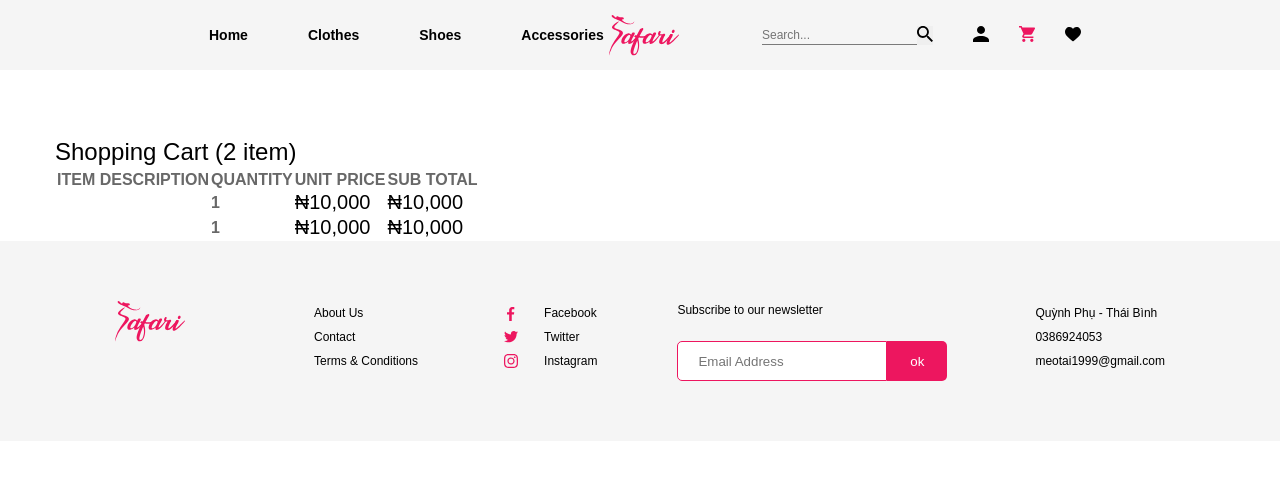
Repository: tboy1999/safari
Page: views/cart.html
These files come from the project's save history. The page is drawn as it stood at one moment and after the next save; the edit follows.
The browser window is 1280 px wide. The pictures show the whole page.
Some web libraries are served in a nearby version. The style sheet was rebuilt from its Sass, Less or Tailwind sources for each picture, by a compiler version that may differ from the author's.

Above is the page before, as saved 2022-04-28 13:21:51.

### views/cart.html
<!DOCTYPE html>
<html lang="en">
<head>
  <meta charset="UTF-8">
  <meta http-equiv="X-UA-Compatible" content="IE=edge">
  <meta name="viewport" content="width=device-width, initial-scale=1.0">
  <title>cart safari</title>
  <link rel="shortcut icon" href="./image/logo/Logo.svg" type="image/x-icon">
  <link rel="preconnect" href="https://fonts.googleapis.com">
  <link rel="preconnect" href="https://fonts.gstatic.com" crossorigin>
  <link rel="stylesheet" href="https://cdnjs.cloudflare.com/ajax/libs/font-awesome/6.1.1/css/all.min.css" integrity="sha512-KfkfwYDsLkIlwQp6LFnl8zNdLGxu9YAA1QvwINks4PhcElQSvqcyVLLD9aMhXd13uQjoXtEKNosOWaZqXgel0g==" crossorigin="anonymous" referrerpolicy="no-referrer" />
  <link rel="stylesheet" href="../css/grid.css">
  <link rel="stylesheet" href="../css/cart.css">
</head>
<body>
  <header id="header" class="header">
    <div class="container">
      <div class="header__container facenter">
        <ul class="header__list facenter fz14-fw600">
          <li class="header__item"><a href="../index.html" class="header__link">Home</a></li>
          <li class="header__item"><a href="./clothes.html" class="header__link">Clothes</a></li>
          <li class="header__item"><a href="./shoes.html" class="header__link">Shoes</a></li>
          <li class="header__item"><a href="./accessories.html" class="header__link">Accessories</a></li>
        </ul>
        <form class="header__search facenter">
          <input type="text" placeholder="Search..." class="fz12">
          <button type="submit"><img src="../image/header/search.svg" alt=""></button>
        </form>
        <div class="header__feature facenter">
          <a href="./user.html">
            <svg width="16" height="16" viewBox="0 0 16 16" fill="inherit" xmlns="http://www.w3.org/2000/svg">
            <path d="M8 0C9.06087 0 10.0783 0.421427 10.8284 1.17157C11.5786 1.92172 12 2.93913 12 4C12 5.06087 11.5786 6.07828 10.8284 6.82843C10.0783 7.57857 9.06087 8 8 8C6.93913 8 5.92172 7.57857 5.17157 6.82843C4.42143 6.07828 4 5.06087 4 4C4 2.93913 4.42143 1.92172 5.17157 1.17157C5.92172 0.421427 6.93913 0 8 0ZM8 10C12.42 10 16 11.79 16 14V16H0V14C0 11.79 3.58 10 8 10Z"/>
            </svg>
          </a>
          <a href="#" class="header__feature--active">
            <svg width="16" height="16" viewBox="0 0 16 16" fill="inherit" xmlns="http://www.w3.org/2000/svg">
              <path d="M12.8 12.8C11.912 12.8 11.2 13.512 11.2 14.4C11.2 14.8243 11.3686 15.2313 11.6686 15.5314C11.9687 15.8314 12.3757 16 12.8 16C13.2243 16 13.6313 15.8314 13.9314 15.5314C14.2314 15.2313 14.4 14.8243 14.4 14.4C14.4 13.9757 14.2314 13.5687 13.9314 13.2686C13.6313 12.9686 13.2243 12.8 12.8 12.8ZM0 0V1.6H1.6L4.48 7.672L3.392 9.632C3.272 9.856 3.2 10.12 3.2 10.4C3.2 10.8243 3.36857 11.2313 3.66863 11.5314C3.96869 11.8314 4.37565 12 4.8 12H14.4V10.4H5.136C5.08296 10.4 5.03209 10.3789 4.99458 10.3414C4.95707 10.3039 4.936 10.253 4.936 10.2C4.936 10.16 4.944 10.128 4.96 10.104L5.68 8.8H11.64C12.24 8.8 12.768 8.464 13.04 7.976L15.904 2.8C15.96 2.672 16 2.536 16 2.4C16 2.18783 15.9157 1.98434 15.7657 1.83431C15.6157 1.68429 15.4122 1.6 15.2 1.6H3.368L2.616 0H0ZM4.8 12.8C3.912 12.8 3.2 13.512 3.2 14.4C3.2 14.8243 3.36857 15.2313 3.66863 15.5314C3.96869 15.8314 4.37565 16 4.8 16C5.22435 16 5.63131 15.8314 5.93137 15.5314C6.23143 15.2313 6.4 14.8243 6.4 14.4C6.4 13.9757 6.23143 13.5687 5.93137 13.2686C5.63131 12.9686 5.22435 12.8 4.8 12.8Z"/>
            </svg>
          </a>
          <a href="#">
            <svg width="16" height="15" viewBox="0 0 16 15" fill="inherit"
            xmlns="http://www.w3.org/2000/svg">
              <path d="M14.7307 1.39307C13.9025 0.494751 12.766 0 11.5304 0C10.6068 0 9.76099 0.291992 9.01636 0.867798C8.64062 1.15845 8.30017 1.51404 8 1.92908C7.69995 1.51416 7.35938 1.15845 6.98352 0.867798C6.23901 0.291992 5.39319 0 4.4696 0C3.23401 0 2.09741 0.494751 1.26917 1.39307C0.450806 2.28088 0 3.49377 0 4.80847C0 6.16162 0.504272 7.40027 1.58691 8.70667C2.55542 9.87524 3.94739 11.0615 5.55933 12.4352C6.10974 12.9043 6.73364 13.436 7.38147 14.0024C7.55261 14.1523 7.77222 14.2349 8 14.2349C8.22766 14.2349 8.44739 14.1523 8.61829 14.0027C9.26611 13.4362 9.89038 12.9042 10.441 12.4348C12.0527 11.0614 13.4447 9.87524 14.4132 8.70654C15.4958 7.40027 16 6.16162 16 4.80835C16 3.49377 15.5492 2.28088 14.7307 1.39307Z"/>
            </svg>
          </a>
        </div>
        <div class="header__logo">
          <a href="../index.html"><img src="../image/logo/Logo.svg" alt=""></a>
        </div>
      </div>
    </div>
  </header>

  <main id="cart" class="cart">
    <div class="container">
      <h1 class="cart__heading fz24">Shopping Cart (2 item)</h1>
      <table>
        <thead class="fz16">
          <tr>
            <th>ITEM DESCRIPTION</th>
            <th>QUANTITY</th>
            <th>UNIT PRICE</th>
            <th>SUB TOTAL</th>
          </tr>
        </thead>
        <tbody>
          <tr>
            <td></td>
            <td class="fz16">1</td>
            <td class="fz20">₦10,000</td>
            <td class="fz20">₦10,000</td>
          </tr>
          <tr>
            <td></td>
            <td class="fz16">1</td>
            <td class="fz20">₦10,000</td>
            <td class="fz20">₦10,000</td>
          </tr>
        </tbody>
      </table>
    </div>
  </main>
  <footer class="footer">
    <div class="container">
      <div class="footer__container d-flex fz12">
        <div class="footer__logo">
          <a href="../index.html"><img src="../image/logo/Logo.svg" alt=""></a>
        </div>
        <div class="footer__body d-flex gap80">
          <ul class="footer__pages">
            <li class="footer__item fz12"><a href="#">About Us</a></li>
            <li class="footer__item fz12"><a href="#">Contact</a></li>
            <li class="footer__item fz12"><a href="#">Terms & Conditions</a></li>
          </ul>
          <ul class="footer__networks">
            <li class="footer__item facenter gap20">
              <div class="footer__icon flex-center">
                <a href="#" class="facenter"><img src="../image/footer/fb.svg" alt=""></a>
              </div>
              <p><a href="#">Facebook</a></p>
            </li>
            <li class="footer__item facenter gap20">
              <div class="footer__icon flex-center">
                <a href="#" class="facenter"><img src="../image/footer/twitter.svg" alt=""></a>
              </div>
              <p><a href="#">Twitter</a></p>
            </li>
            <li class="footer__item facenter gap20">
              <div class="footer__icon flex-center">
                <a href="#" class="facenter"><img src="../image/footer/instagram.svg" alt=""></a>
              </div>
              <p><a href="#">Instagram</a></p>
            </li>
          </ul>
          <div class="footer__input">
            <p>Subscribe to our newsletter</p>
            <form action="" class="facenter footer__form">
              <input type="text" placeholder="Email Address">
              <button type="submit">ok</button>
            </form>
          </div>
        </div>
        <div class="footer__info">
          <p>Quỳnh Phụ - Thái Bình</p>
          <p>0386924053</p>
          <p>meotai1999@gmail.com</p>
        </div>
      </div>
    </div>
  </footer>
</body>
</html>

### css/grid.css
.container {
    width: 100%;
    display: block;
    padding: 0 15px;
    max-width: 1470px;
    margin: 0 auto;
}
.row {
    display: flex;
    flex-wrap: wrap;
}

.row.no-gutters {
    margin-left: 0;
    margin-right: 0;
}
.row.no-gutters .col {
    padding-left: 0;
    padding-right: 0;
}
@media screen and (max-width: 575.98px) {

    .row {
        margin-left: -4px;
        margin-right: -4px;
    }


    .col {
        padding-left: 4px;
        padding-right: 4px;
    }


    .xs-0 {
        display: none;
    }

    .xs-1 {
        flex: 0 0 8.33333%;
        max-width: 8.33333%;
    }

    .xs-2 {
        flex: 0 0 16.66667%;
        max-width: 16.66667%;
    }

    .xs-3 {
        flex: 0 0 25%;
        max-width: 25%;
    }

    .xs-4 {
        flex: 0 0 33.33333%;
        max-width: 33.33333%;
    }

    .xs-5 {
        flex: 0 0 41.66667%;
        max-width: 41.66667%;
    }

    .xs-6 {
        flex: 0 0 50%;
        max-width: 50%;
    }

    .xs-7 {
        flex: 0 0 58.33333%;
        max-width: 58.33333%;
    }

    .xs-8 {
        flex: 0 0 66.66667%;
        max-width: 66.66667%;
    }

    .xs-9 {
        flex: 0 0 75%;
        max-width: 75%;
    }

    .xs-10 {
        flex: 0 0 83.33333%;
        max-width: 83.33333%;
    }

    .xs-11 {
        flex: 0 0 91.66667%;
        max-width: 91.66667%;
    }

    .xs-12 {
        flex: 0 0 100%;
        max-width: 100%;
    }

    .xs-o-1 {
        margin-left: 8.33333%;
    }

    .xs-o-2 {
        margin-left: 16.66667%;
    }

    .xs-o-3 {
        margin-left: 25%;
    }

    .xs-o-4 {
        margin-left: 33.33333%;
    }

    .xs-o-5 {
        margin-left: 41.66667%;
    }

    .xs-o-6 {
        margin-left: 50%;
    }

    .xs-o-7 {
        margin-left: 58.33333%;
    }

    .xs-o-8 {
        margin-left: 66.66667%;
    }

    .xs-o-9 {
        margin-left: 75%;
    }

    .xs-o-10 {
        margin-left: 83.33333%;
    }

    .xs-o-11 {
        margin-left: 91.66667%;
    }
}



@media (min-width: 576px) and (max-width: 767.98px) {
    .row {
        margin-left: -6px;
        margin-right: -6px;
    }
    .col {
        padding-left: 6px;
        padding-right: 6px;
    }
    .sm-0 {
        display: none;
    }
    .sm-1,
    .sm-2,
    .sm-3,
    .sm-4,
    .sm-5,
    .sm-6,
    .sm-7,
    .sm-8,
    .sm-9,
    .sm-10,
    .sm-11,
    .sm-12 {
        display: block;
    }
    .sm-1 {
        flex: 0 0 8.33333%;
        max-width: 8.33333%;
    }
    .sm-2 {
        flex: 0 0 16.66667%;
        max-width: 16.66667%;
    }
    .sm-3 {
        flex: 0 0 25%;
        max-width: 25%;
    }
    .sm-4 {
        flex: 0 0 33.33333%;
        max-width: 33.33333%;
    }
    .sm-5 {
        flex: 0 0 41.66667%;
        max-width: 41.66667%;
    }
    .sm-6 {
        flex: 0 0 50%;
        max-width: 50%;
    }
    .sm-7 {
        flex: 0 0 58.33333%;
        max-width: 58.33333%;
    }
    .sm-8 {
        flex: 0 0 66.66667%;
        max-width: 66.66667%;
    }
    .sm-9 {
        flex: 0 0 75%;
        max-width: 75%;
    }
    .sm-10 {
        flex: 0 0 83.33333%;
        max-width: 83.33333%;
    }
    .sm-11 {
        flex: 0 0 91.66667%;
        max-width: 91.66667%;
    }
    .sm-12 {
        flex: 0 0 100%;
        max-width: 100%;
    }
    .sm-o-1 {
        margin-left: 8.33333%;
    }
    .sm-o-2 {
        margin-left: 16.66667%;
    }
    .sm-o-3 {
        margin-left: 25%;
    }
    .sm-o-4 {
        margin-left: 33.33333%;
    }
    .sm-o-5 {
        margin-left: 41.66667%;
    }
    .sm-o-6 {
        margin-left: 50%;
    }
    .sm-o-7 {
        margin-left: 58.33333%;
    }
    .sm-o-8 {
        margin-left: 66.66667%;
    }
    .sm-o-9 {
        margin-left: 75%;
    }
    .sm-o-10 {
        margin-left: 83.33333%;
    }
    .sm-o-11 {
        margin-left: 91.66667%;
    }
}

/* >= Tablet */

@media (min-width: 768px) and (max-width: 1023.98px) {
    .container {
        width: 644px;
    }
    .row {
        margin-left: -8px;
        margin-right: -8px;
    }
    .col {
        padding-left: 8px;
        padding-right: 8px;
    }
    .md-0 {
        display: none;
    }
    .md-1,
    .md-2,
    .md-3,
    .md-4,
    .md-5,
    .md-6,
    .md-7,
    .md-8,
    .md-9,
    .md-10,
    .md-11,
    .md-12 {
        display: block;
    }
    .md-1 {
        flex: 0 0 8.33333%;
        max-width: 8.33333%;
    }
    .md-2 {
        flex: 0 0 16.66667%;
        max-width: 16.66667%;
    }
    .md-3 {
        flex: 0 0 25%;
        max-width: 25%;
    }
    .md-4 {
        flex: 0 0 33.33333%;
        max-width: 33.33333%;
    }
    .md-5 {
        flex: 0 0 41.66667%;
        max-width: 41.66667%;
    }
    .md-6 {
        flex: 0 0 50%;
        max-width: 50%;
    }
    .md-7 {
        flex: 0 0 58.33333%;
        max-width: 58.33333%;
    }
    .md-8 {
        flex: 0 0 66.66667%;
        max-width: 66.66667%;
    }
    .md-9 {
        flex: 0 0 75%;
        max-width: 75%;
    }
    .md-10 {
        flex: 0 0 83.33333%;
        max-width: 83.33333%;
    }
    .md-11 {
        flex: 0 0 91.66667%;
        max-width: 91.66667%;
    }
    .md-12 {
        flex: 0 0 100%;
        max-width: 100%;
    }
    .md-o-1 {
        margin-left: 8.33333%;
    }
    .md-o-2 {
        margin-left: 16.66667%;
    }
    .md-o-3 {
        margin-left: 25%;
    }
    .md-o-4 {
        margin-left: 33.33333%;
    }
    .md-o-5 {
        margin-left: 41.66667%;
    }
    .md-o-6 {
        margin-left: 50%;
    }
    .md-o-7 {
        margin-left: 58.33333%;
    }
    .md-o-8 {
        margin-left: 66.66667%;
    }
    .md-o-9 {
        margin-left: 75%;
    }
    .md-o-10 {
        margin-left: 83.33333%;
    }
    .md-o-11 {
        margin-left: 91.66667%;
    }
}

/* > PC low resolution */

@media (min-width: 1024px) and (max-width: 1279.98px) {
    .container {
        width: 984px;
    }
    .row {
        margin-left: -12px;
        margin-right: -12px;
    }
    .col {
        padding-left: 12px;
        padding-right: 12px;
    }
    .lg-0 {
        display: none;
    }
    .lg-1,
    .lg-2,
    .lg-2-4,
    .lg-3,
    .lg-4,
    .lg-5,
    .lg-6,
    .lg-7,
    .lg-8,
    .lg-9,
    .lg-10,
    .lg-11,
    .lg-12 {
        display: block;
    }
    .lg-1 {
        flex: 0 0 8.33333%;
        max-width: 8.33333%;
    }
    .lg-2 {
        flex: 0 0 16.66667%;
        max-width: 16.66667%;
    }
    .lg-2-4 {
        flex: 0 0 20%;
        max-width: 20%;
    }
    .lg-3 {
        flex: 0 0 25%;
        max-width: 25%;
    }
    .lg-4 {
        flex: 0 0 33.33333%;
        max-width: 33.33333%;
    }
    .lg-5 {
        flex: 0 0 41.66667%;
        max-width: 41.66667%;
    }
    .lg-6 {
        flex: 0 0 50%;
        max-width: 50%;
    }
    .lg-7 {
        flex: 0 0 58.33333%;
        max-width: 58.33333%;
    }
    .lg-8 {
        flex: 0 0 66.66667%;
        max-width: 66.66667%;
    }
    .lg-9 {
        flex: 0 0 75%;
        max-width: 75%;
    }
    .lg-10 {
        flex: 0 0 83.33333%;
        max-width: 83.33333%;
    }
    .lg-11 {
        flex: 0 0 91.66667%;
        max-width: 91.66667%;
    }
    .lg-12 {
        flex: 0 0 100%;
        max-width: 100%;
    }
    .lg-o-1 {
        margin-left: 8.33333%;
    }
    .lg-o-2 {
        margin-left: 16.66667%;
    }
    .lg-o-3 {
        margin-left: 25%;
    }
    .lg-o-4 {
        margin-left: 33.33333%;
    }
    .lg-o-5 {
        margin-left: 41.66667%;
    }
    .lg-o-6 {
        margin-left: 50%;
    }
    .lg-o-7 {
        margin-left: 58.33333%;
    }
    .lg-o-8 {
        margin-left: 66.66667%;
    }
    .lg-o-9 {
        margin-left: 75%;
    }
    .lg-o-10 {
        margin-left: 83.33333%;
    }
    .lg-o-11 {
        margin-left: 91.66667%;
    }
}


@media (min-width: 1280px) and (max-width: 1535.98px) {
    .container {
        width: 1200px;
    }
    .row {
        margin-left: -12px;
        margin-right: -12px;
    }
    .col {
        padding-left: 12px;
        padding-right: 12px;
    }
    .xl-0 {
        display: none;
    }
    .xl-1,
    .xl-2,
    .xl-2-4,
    .xl-3,
    .xl-4,
    .xl-5,
    .xl-6,
    .xl-7,
    .xl-8,
    .xl-9,
    .xl-10,
    .xl-11,
    .xl-12 {
        display: block;
    }
    .xl-1 {
        flex: 0 0 8.33333%;
        max-width: 8.33333%;
    }
    .xl-2 {
        flex: 0 0 16.66667%;
        max-width: 16.66667%;
    }
    .xl-2-4 {
        flex: 0 0 20%;
        max-width: 20%;
    }
    .xl-3 {
        flex: 0 0 25%;
        max-width: 25%;
    }
    .xl-4 {
        flex: 0 0 33.33333%;
        max-width: 33.33333%;
    }
    .xl-5 {
        flex: 0 0 41.66667%;
        max-width: 41.66667%;
    }
    .xl-6 {
        flex: 0 0 50%;
        max-width: 50%;
    }
    .xl-7 {
        flex: 0 0 58.33333%;
        max-width: 58.33333%;
    }
    .xl-8 {
        flex: 0 0 66.66667%;
        max-width: 66.66667%;
    }
    .xl-9 {
        flex: 0 0 75%;
        max-width: 75%;
    }
    .xl-10 {
        flex: 0 0 83.33333%;
        max-width: 83.33333%;
    }
    .xl-11 {
        flex: 0 0 91.66667%;
        max-width: 91.66667%;
    }
    .xl-12 {
        flex: 0 0 100%;
        max-width: 100%;
    }
    .xl-o-1 {
        margin-left: 8.33333%;
    }
    .xl-o-2 {
        margin-left: 16.66667%;
    }
    .xl-o-3 {
        margin-left: 25%;
    }
    .xl-o-4 {
        margin-left: 33.33333%;
    }
    .xl-o-5 {
        margin-left: 41.66667%;
    }
    .xl-o-6 {
        margin-left: 50%;
    }
    .xl-o-7 {
        margin-left: 58.33333%;
    }
    .xl-o-8 {
        margin-left: 66.66667%;
    }
    .xl-o-9 {
        margin-left: 75%;
    }
    .xl-o-10 {
        margin-left: 83.33333%;
    }
    .xl-o-11 {
        margin-left: 91.66667%;
    }
}

@media (min-width: 1536px) {
    .container {
        width: 1440px;
    }
    .row {
        margin-left: -25px;
        margin-right: -25px;
    }
    .col {
        padding-left: 25px;
        padding-right: 25px;
    }
    .xxl-0 {
        display: none;
    }
    .xxl-1,
    .xxl-2,
    .xxl-2-4,
    .xxl-3,
    .xxl-4,
    .xxl-5,
    .xxl-6,
    .xxl-7,
    .xxl-8,
    .xxl-9,
    .xxl-10,
    .xxl-11,
    .xxl-12 {
        display: block;
    }
    .xxl-1 {
        flex: 0 0 8.33333%;
        max-width: 8.33333%;
    }
    .xxl-2 {
        flex: 0 0 16.66667%;
        max-width: 16.66667%;
    }
    .xxl-2-4 {
        flex: 0 0 20%;
        max-width: 20%;
    }
    .xxl-3 {
        flex: 0 0 25%;
        max-width: 25%;
    }
    .xxl-4 {
        flex: 0 0 33.33333%;
        max-width: 33.33333%;
    }
    .xxl-5 {
        flex: 0 0 41.66667%;
        max-width: 41.66667%;
    }
    .xxl-6 {
        flex: 0 0 50%;
        max-width: 50%;
    }
    .xxl-7 {
        flex: 0 0 58.33333%;
        max-width: 58.33333%;
    }
    .xxl-8 {
        flex: 0 0 66.66667%;
        max-width: 66.66667%;
    }
    .xxl-9 {
        flex: 0 0 75%;
        max-width: 75%;
    }
    .xxl-10 {
        flex: 0 0 83.33333%;
        max-width: 83.33333%;
    }
    .xxl-11 {
        flex: 0 0 91.66667%;
        max-width: 91.66667%;
    }
    .xxl-12 {
        flex: 0 0 100%;
        max-width: 100%;
    }
    .xxl-o-1 {
        margin-left: 8.33333%;
    }
    .xxl-o-2 {
        margin-left: 16.66667%;
    }
    .xxl-o-3 {
        margin-left: 25%;
    }
    .xxl-o-4 {
        margin-left: 33.33333%;
    }
    .xxl-o-5 {
        margin-left: 41.66667%;
    }
    .xxl-o-6 {
        margin-left: 50%;
    }
    .xxl-o-7 {
        margin-left: 58.33333%;
    }
    .xxl-o-8 {
        margin-left: 66.66667%;
    }
    .xxl-o-9 {
        margin-left: 75%;
    }
    .xxl-o-10 {
        margin-left: 83.33333%;
    }
    .xxl-o-11 {
        margin-left: 91.66667%;
    }
}

### scss/cart.scss
@import 'reset';
@import 'variable';
@import 'global';
@import 'alike';
@import 'header';
@import 'footer';

.cart {
  margin-top: 134px;
}

### scss/_reset.scss
* {
  padding: 0;
  margin: 0;
  box-sizing: border-box;
}

html:focus-within {
  scroll-behavior: smooth;
}

a,
button {
  display: block;
  outline: none;
  border: none;
  text-decoration: none;
  color: inherit;
  cursor: pointer;
}

input {
  outline: none;
}

ul {
  list-style-type: none;
}

// img {
//   width: 100%;
//   height: 100%;
//   object-fit: cover;
// }

### scss/_variable.scss
$text-color: #686868;
$primary-color: #ED165F;

$header-background-color: #F5F5F5;
$footer-background-color: #F5F5F5;

### scss/_global.scss
html {
  font-size: 10px;
  line-height: 1;
  scroll-behavior: smooth !important;
}

body {
  font-family: 'Mulish', sans-serif;
}

body .auto-top {
  display: none;
  position: fixed;
  right: 50px;
  top: 50%;
  width: 60px;
  height: 50px;
  border: 1px solid #000000;
  border-radius: 5px;
  animation: autoTop 2s ease-in-out;
  animation-iteration-count: infinite;
}
@keyframes autoTop {
  from {
    transform: translateY(0)
  }
  to {
    transform: translateY(-20px)
  }
}

.facenter {
  display: flex;
  align-items: center;
}

.facb {
  display:flex;
  justify-content: space-between;
  align-items: center;
}

.flex-center {
  display: flex;
  justify-content: center;
  align-items: center;
}

.d-flex {
  display: flex;
  flex-wrap: wrap;
}

.flex-column {
  display: flex;
  flex-direction: column;
}

.gap64 {
  gap: 64px 0
}

.gap80 {
  gap: 0 80px
}

.gap20 {
  gap: 0 20px
}

.gap16 {
  gap: 16px
}
.gap8 {
  gap: 8px
}

### scss/_alike.scss
.fz40 {
  font-weight: 700;
  font-size: 4rem;
  line-height: calc(24/40);
}

.fz30 {
  font-weight: 600;
  font-size: 30px;
}


.fz24 {
  font-weight: 400;
  font-size: 2.4rem;
  line-height: calc(35/24);
}

.fz20 {
  font-weight: 400;
  font-size: 2rem;
  line-height: calc(23/20);
  &-fw800 {
    font-weight: 800;
    font-size: 2rem;
    line-height: calc(23/20);
  }
  &-fw600 {
    font-weight: 600;
    font-size: 2rem;
    line-height: calc(23/20);
  }
}

.fz18 {
  font-weight: 800;
  font-size: 1.8rem;
  line-height: calc(24/18);
}

.fz16 {
  font-weight: 600;
  font-size: 1.6rem;
  line-height: calc(18/16);
  color: $text-color;
}

.fz14 {
  font-weight: 400;
  font-size: 1.4rem;
  line-height: calc(18/14);
  &-fw600 {
    font-weight: 600;
    font-size: 1.4rem;
    line-height: calc(18/14);
  }
}

.fz12 {
  font-weight: 400;
  font-size: 1.2rem;
  line-height: calc(18/12);
}

.fz10 {
  font-weight: 700;
  font-size: 1rem;
  line-height: calc(18/10);
}

### scss/_header.scss
.header {
  position: fixed;
  top: 0;
  left: 0;
  right: 0;
  z-index: 99999;
  background-color: $header-background-color;
  &__container {
    height: 70px;
    padding: 0 144px;
  }
  &__list {
    gap: 0 40px;
    flex: 1
  }
  &__search {
    input {
      border:none;
      border-bottom: 1px solid rgba(0, 0, 0, 0.5);
      color: rgba(0, 0, 0, 0.5);
      background-color: inherit;
    }
  }
  &__link {
    padding: 6px 10px;
    transition: all 0.2s linear;
    position: relative;
    &::after {
      content: "";
      position: absolute;
      width: 0;
      left: auto;
      right: 0;
      bottom: 0;
      height: 1px;
      transition: all 0.2s linear;
      background-color: red;
    }
    &:hover {
      color: $primary-color;
      &::after {
        width: 100%;
        right: auto;
        left: 0
      }
    }
    &.header__item--active {
      color: $primary-color;
      font-weight: 800;
      &::after {
        width: 100%;
      }
    }
  }
  &__feature {
    gap: 0 30px;
    margin-left: 40px;
    .header__feature--active {
      fill: $primary-color;
    }
  }
  &__logo {
    position: absolute;
    left: 47.57%;
    right: 47.57%;
    top: 21.43%;
    bottom: 20.93%;
  }
}

### scss/_footer.scss
.footer {
  background-color: $footer-background-color;
  &__container {
    padding: 60px;
  }
  &__pages {
    margin-left: 129px;
    a {
      padding: 3px 0;
    }
  }
  &__networks {
    a {
      padding: 3px 0
    }
  }
  &__icon {
    width: 26px
  }
  &__body {
    flex: 1
  }
  &__form {
    margin-top: 22px;
    width: 270px;
    height: 40px;
    border-radius: 5px;
    input {
      border: 1px solid $primary-color;
      padding: 0 0 0 20px;
      height: inherit;
      flex: 1;
      border-top-left-radius: 5px;
      border-bottom-left-radius: 5px;
    }
    button {
      width: 60px;
      height: inherit;
      background-color: $primary-color;
      color: #fff;
      border-top-right-radius: 5px;
      border-bottom-right-radius: 5px;
    }
  }
  &__info {
    p {
      padding: 3px 0
    }
  }
}

After the next save:
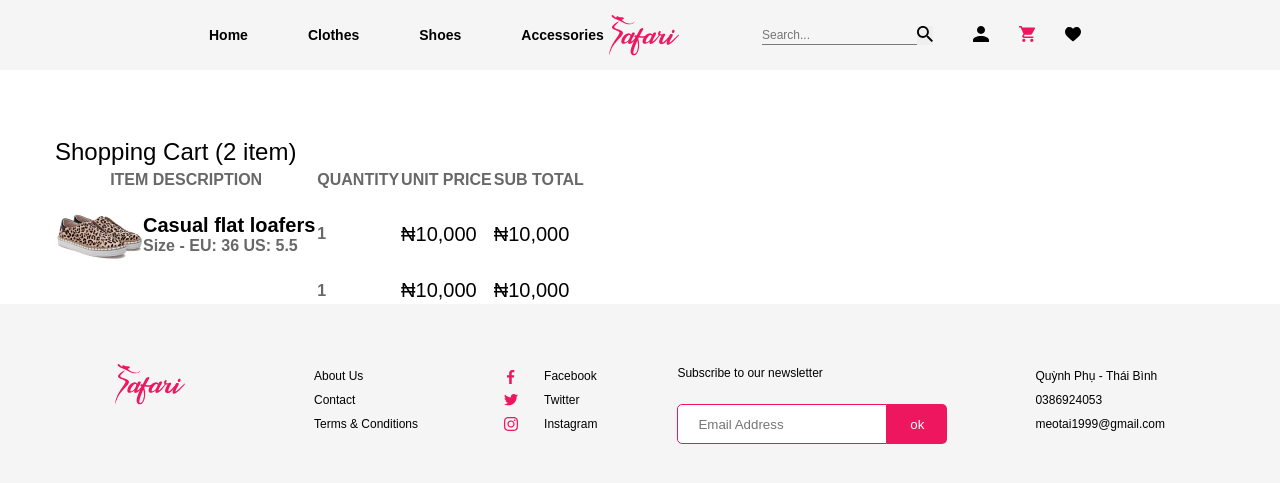
Saved 42 s later.
--- a/views/cart.html
+++ b/views/cart.html
@@ -65,7 +65,16 @@
         </thead>
         <tbody>
           <tr>
-            <td></td>
+            <td class="">
+              <div class="cart__product facenter">
+                <img src="../image/cart/cart1.jpg" alt="">
+                <div class="cart__info">
+                  <h3 class="fz20-fw600">Casual flat loafers</h3>
+                  <p class="fz16">Size - EU: 36 US: 5.5</p>
+                </div>
+              </div>
+              <div class="cart__btn"></div>
+            </td>
             <td class="fz16">1</td>
             <td class="fz20">₦10,000</td>
             <td class="fz20">₦10,000</td>
